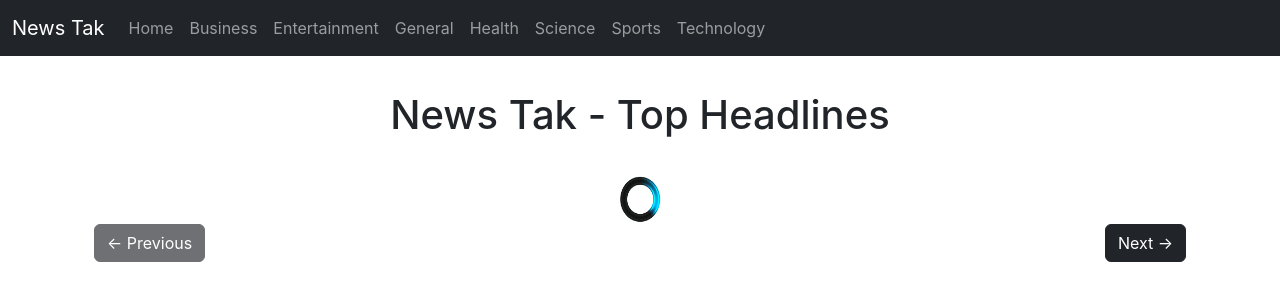
Repository: Rohit-foryou/News-website
Page: /
An editor plug-in stored every save of this project. The page is shown before and after the next save, followed by the edit.
The browser window is 1280 px wide. The pictures show the whole page.
The page's requests for data from a server got no answer. The project was rebuilt for these pictures with package versions that can differ from the ones it lists, and the page was loaded fresh each time. No one was signed in, and anything a server would have sent is missing. Also part of the build but not shown: src/Components/NewsItem.js.

Above is the page before, as saved 2024-01-10 22:35:47.

### public/index.html
<!DOCTYPE html>
<html lang="en">
  <head>
    <meta charset="utf-8" />
    <link rel="icon" href="%PUBLIC_URL%/favicon.ico" />
    <meta name="viewport" content="width=device-width, initial-scale=1" />
    <meta name="theme-color" content="#000000" />
    <meta
      name="description"
      content="News Tak is used to see latest news fast and easy"
    />
    <link rel="apple-touch-icon" href="%PUBLIC_URL%/logo192.png" />
    <!--
      manifest.json provides metadata used when your web app is installed on a
      user's mobile device or desktop. See https://developers.google.com/web/fundamentals/web-app-manifest/
    -->
    <link rel="manifest" href="%PUBLIC_URL%/manifest.json" />
    <!--
      Notice the use of %PUBLIC_URL% in the tags above.
      It will be replaced with the URL of the `public` folder during the build.
      Only files inside the `public` folder can be referenced from the HTML.

      Unlike "/favicon.ico" or "favicon.ico", "%PUBLIC_URL%/favicon.ico" will
      work correctly both with client-side routing and a non-root public URL.
      Learn how to configure a non-root public URL by running `npm run build`.
    -->
    <title>News Tak</title>
    <link href="https://cdn.jsdelivr.net/npm/bootstrap@5.3.2/dist/css/bootstrap.min.css" rel="stylesheet" integrity="sha384-T3c6CoIi6uLrA9TneNEoa7RxnatzjcDSCmG1MXxSR1GAsXEV/Dwwykc2MPK8M2HN" crossorigin="anonymous">
  </head>
  <body>
    <noscript>You need to enable JavaScript to run this app.</noscript>
    <div id="root"></div>
    <!--
      This HTML file is a template.
      If you open it directly in the browser, you will see an empty page.

      You can add webfonts, meta tags, or analytics to this file.
      The build step will place the bundled scripts into the <body> tag.

      To begin the development, run `npm start` or `yarn start`.
      To create a production bundle, use `npm run build` or `yarn build`.
    -->
    <script src="https://cdn.jsdelivr.net/npm/bootstrap@5.3.2/dist/js/bootstrap.bundle.min.js" integrity="sha384-C6RzsynM9kWDrMNeT87bh95OGNyZPhcTNXj1NW7RuBCsyN/o0jlpcV8Qyq46cDfL" crossorigin="anonymous"></script>
  </body>
</html>

### src/App.js
import React, { Component } from 'react';
import NavBar from './Components/NavBar';
import News from './Components/News';
import {
  BrowserRouter,
  Route,
  Routes,
} from "react-router-dom";

export class App extends Component {
  pageSize=9;
  render() {
    return (
      <div>
        <BrowserRouter>
          <NavBar />
          <Routes>
            <Route exact path='/' element={<News key="general"pageSize={this.pageSize} country='in' category='general' />} />
            <Route exact path='/business' element={<News key="business"pageSize={this.pageSize} country='in' category='business' />} />
            <Route exact path='/entertainment' element={<News key="entertainment"pageSize={this.pageSize} country='in' category='entertainment' />} />
            <Route exact path='/general' element={<News key="general"pageSize={this.pageSize} country='in' category='general' />} />
            <Route exact path='/health' element={<News key="health"pageSize={this.pageSize} country='in' category='health' />} />
            <Route exact path='/science' element={<News key="science"pageSize={this.pageSize} country='in' category='science' />} />
            <Route exact path='/sports' element={<News key="sports"pageSize={this.pageSize} country='in' category='sports' />} />
            <Route exact path='/technology' element={<News key="technology"pageSize={this.pageSize} country='in' category='technology' />} />
          </Routes>
        </BrowserRouter>
      </div>
    );
  }
}

export default App;

### src/Components/NavBar.js
import React, { Component } from "react";
import {Link} from "react-router-dom";

export default class NavBar extends Component {
  render() {
    return (
      <div>
        <nav className="navbar navbar-expand-lg navbar-dark bg-dark">
          <div className="container-fluid">
            <Link className="navbar-brand" to="/">
              News Tak
            </Link>
            <button
              className="navbar-toggler"
              type="button"
              data-bs-toggle="collapse"
              data-bs-target="#navbarSupportedContent"
              aria-controls="navbarSupportedContent"
              aria-expanded="false"
              aria-label="Toggle navigation"
            >
              <span className="navbar-toggler-icon"></span>
            </button>
            <div
              className="collapse navbar-collapse"
              id="navbarSupportedContent"
            >
              <ul className="navbar-nav me-auto mb-2 mb-lg-0">
                <li className="nav-item">
                  <Link className="nav-link" aria-current="page" to="/">
                    Home
                  </Link>
                </li>
                <li className="nav-item">
                  <Link className="nav-link" to="/business">
                    Business
                  </Link>
                </li>
                <li className="nav-item">
                  <Link className="nav-link" to="/entertainment">
                    Entertainment
                  </Link>
                </li>
                <li className="nav-item">
                  <Link className="nav-link" to="/general">
                    General
                  </Link>
                </li>
                <li className="nav-item">
                  <Link className="nav-link" to="/health">
                    Health
                  </Link>
                </li>
                <li className="nav-item">
                  <Link className="nav-link" to="/science">
                    Science
                  </Link>
                </li>
                <li className="nav-item">
                  <Link className="nav-link" to="/sports">
                    Sports
                  </Link>
                </li>
                <li className="nav-item">
                  <Link className="nav-link" to="/technology">
                    Technology
                  </Link>
                </li>
              </ul>
            </div>
          </div>
        </nav>
      </div>
    );
  }
}

### src/Components/News.js
import React, { Component } from "react";
import NewsItem from "./NewsItem";
import Spinner from "./Spinner";
import PropTypes from 'prop-types'


export class News extends Component {

  static defaultProps = {
    country: 'in',
    pageSize: 8,
    category: 'general',
  }

  static propTypes = {
    country: PropTypes.string,
    pageSize: PropTypes.number,
    category: PropTypes.string,
  }

  constructor() {
    super();
    // console.log("hello i am constructor");
    this.state = {
      articles: [],
      loading: false,
      page: 1,
    };
  }


  async componentDidMount() {
    let url =
      `https://newsapi.org/v2/top-headlines?country=${this.props.country}&category=${this.props.category}&apiKey=fa3dbec13bb44cd2a222250b4aea8871&page=1&pageSize=${this.props.pageSize}`;
      this.setState({loading: true});
    let data = await fetch(url);
    let parsedData = await data.json();
    console.log(parsedData);
    this.setState({
        articles: parsedData.articles, totalResults: parsedData.totalResults, loading: false });
  }

  handleNextClick = async () => {
    if(!(this.state.page + 1 >Math.ceil(this.state.totalResults/this.props.pageSize))){
        let url = `https://newsapi.org/v2/top-headlines?country=${this.props.country}&category=${this.props.category}&apiKey=fa3dbec13bb44cd2a222250b4aea8871&page=${this.state.page + 1}&pageSize=${this.props.pageSize}`;

        this.setState({loading: true});
        let data = await fetch(url);
        let parsedData = await data.json();
        console.log(parsedData);

        this.setState({
          page: this.state.page + 1,
          articles: parsedData.articles,
          loading: false
        });

    }
  };


  handlePrevClick = async () => {
    let url = `https://newsapi.org/v2/top-headlines?country=${this.props.country}&category=${this.props.category}&apiKey=fa3dbec13bb44cd2a222250b4aea8871&page=${this.state.page - 1}&pageSize=${this.props.pageSize}`;

      this.setState({loading: true});
      let data = await fetch(url);
      let parsedData = await data.json();
      console.log(parsedData);

      this.setState({
        page: this.state.page - 1,
        articles: parsedData.articles,
        loading: false,
      });
  };


  render() {
    return (
      <div className="container my-3">
        <h1 className="text-center" style={{margin: '35px 0px'}}>News Tak - Top Headlines</h1>
        {this.state.loading && <Spinner/>}

        <div className="row">
          {!this.state.loading && this.state.articles.map((element) => {
            return (
              <div className="col-md-4" key={element.url}>
                <NewsItem
                  title={element.title ? element.title.slice(0, 45) : ""}
                  description={
                    element.description ? element.description.slice(0, 83) : ""
                  }
                  imgUrl={element.urlToImage}
                  newsUrl={element.url}
                  author={element.author}
                  date={element.publishedAt}
                  source={element.source.name}
                />
              </div>
            );
          })}
        </div>
        <div className="container d-flex justify-content-between">
          <button
            disabled={this.state.page <= 1}
            type="button"
            className="btn btn-dark"
            onClick={this.handlePrevClick}
          >
            &larr; Previous
          </button>
          <button
            disabled={this.state.page + 1 >Math.ceil(this.state.totalResults/this.props.pageSize)}
            type="button"
            className="btn btn-dark"
            onClick={this.handleNextClick}
          >
            Next &rarr;
          </button>
        </div>
      </div>
    );
  }
}

export default News;

### src/Components/Spinner.js
import React, { Component } from 'react';
import loading from './loading.gif';

export default class Spinner extends Component {
  render() {
    return (
      <div className='text-center'>
        <img src={loading} alt="loading" style={{ width: '50px', height: '50px' }} />
      </div>
    );
  }
}

Loaded but not shown: src/index.js (common file); src/index.css (common file); src/reportWebVitals.js (common file)

After the next save:
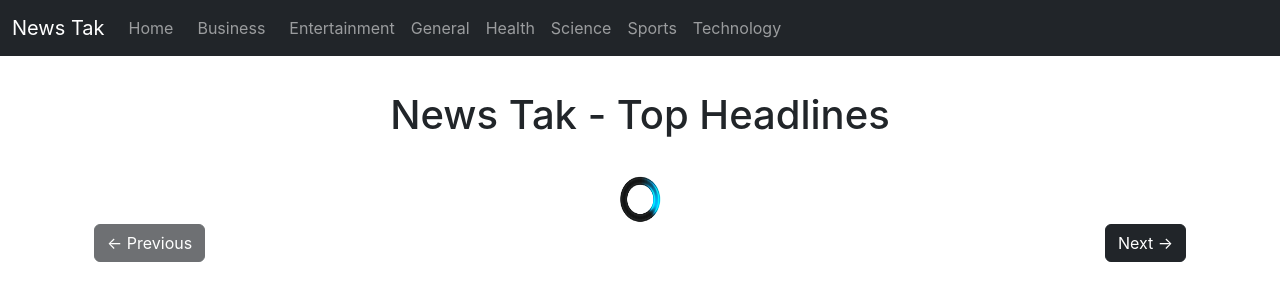
Saved 2 min 56 s later.
--- a/src/Components/NavBar.js
+++ b/src/Components/NavBar.js
@@ -31,7 +31,7 @@ export default class NavBar extends Component {
                     Home
                   </Link>
                 </li>
-                <li className="nav-item">
+                <li className="nav-item mx-2">
                   <Link className="nav-link" to="/business">
                     Business
                   </Link>
